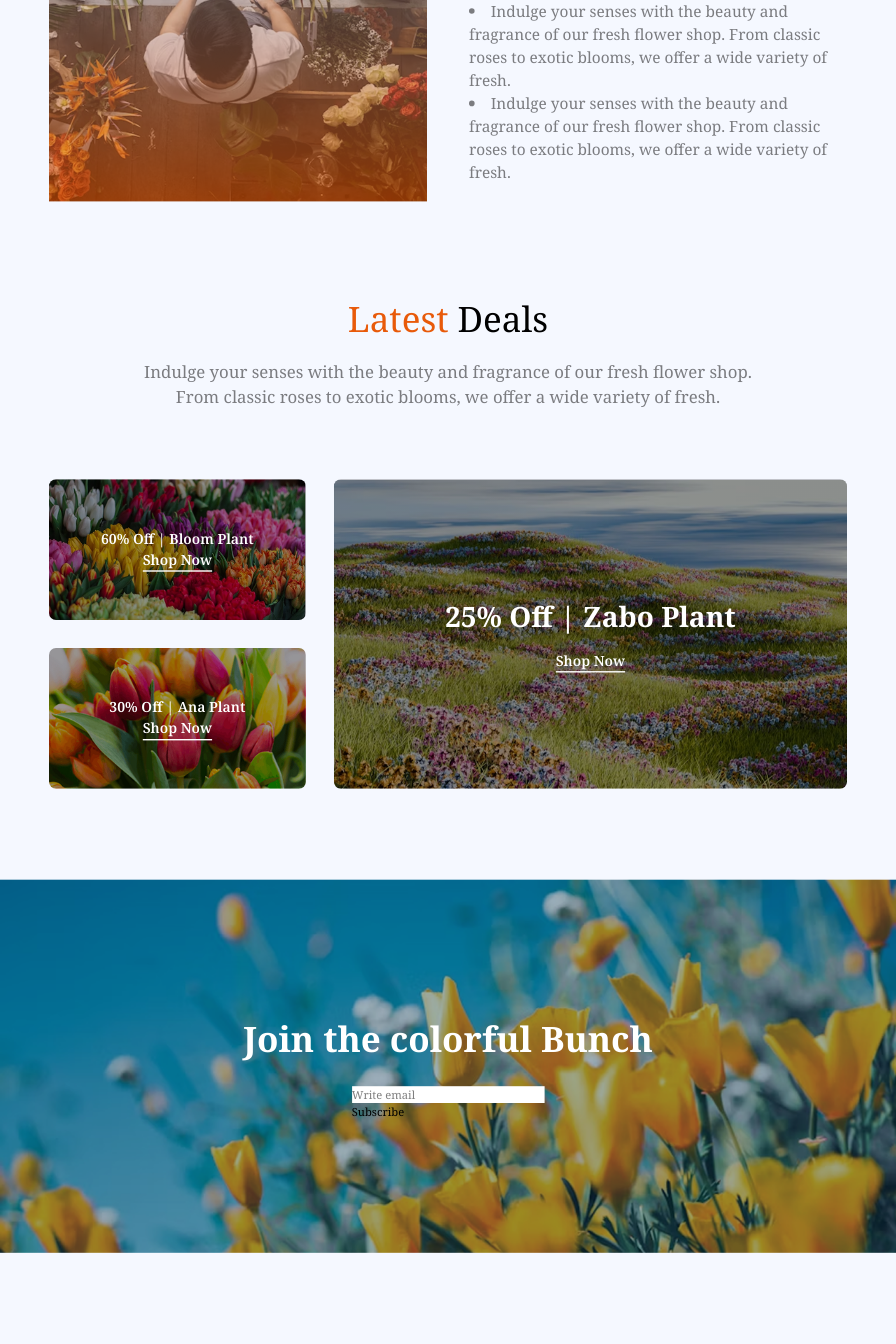
Repository: nahid-hasann/website-7
Page: index.html
The author's editor kept a copy of each file at every save. The page is drawn from the files as they stood at one save, then again after the next save.
The browser window is 1280 px wide. The pictures show the part of the page from y = 2514 to 4434 px (the page is 4434 px tall), at 70% of full size.
Some web libraries are served in a nearby version.

Above is the page before, as saved 2025-07-24 21:20:50.

After the next save:
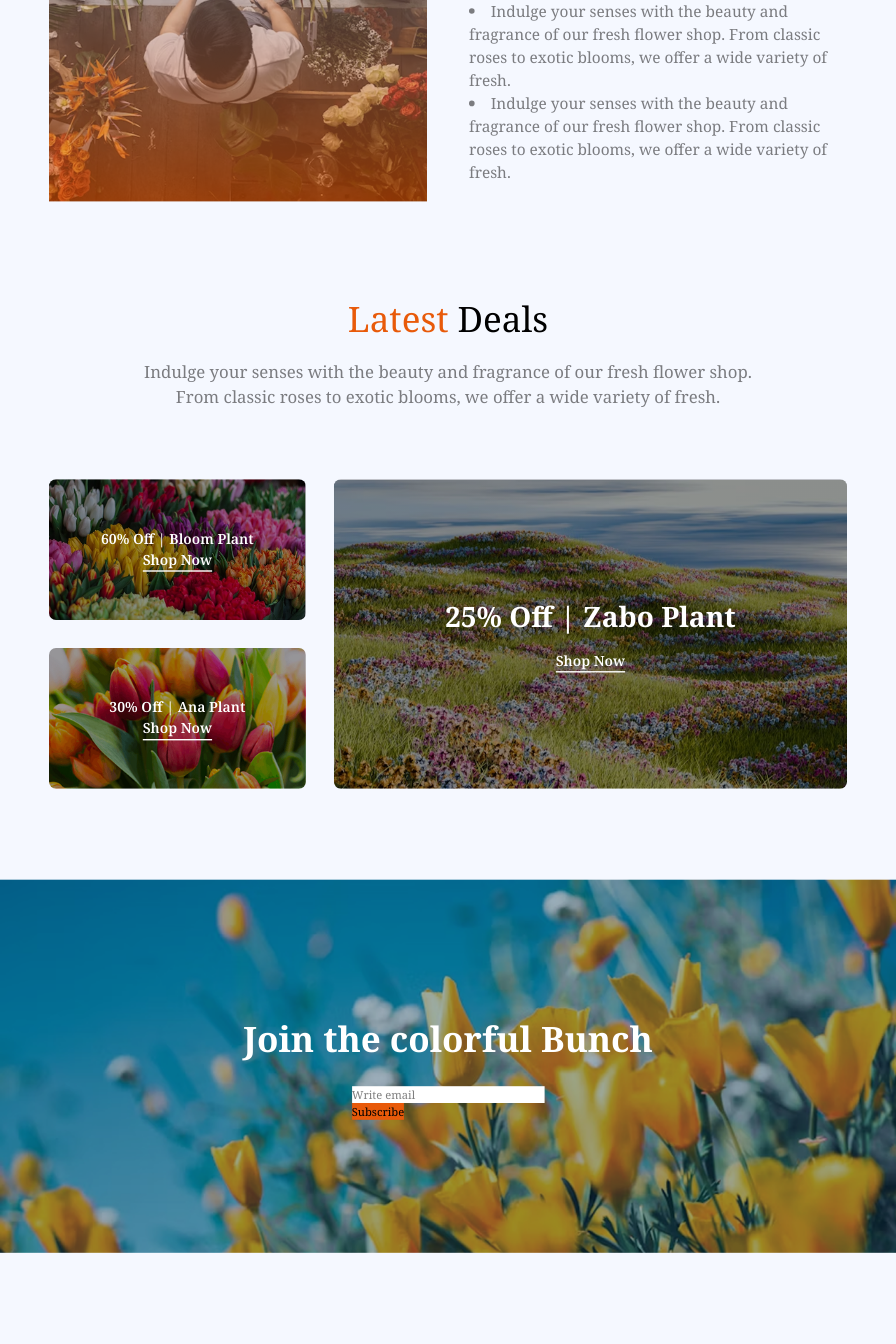
Saved 12 s later.
--- a/style.css
+++ b/style.css
@@ -311,7 +311,7 @@ nav{
 }
 
 .btn-2{
-    background-color: ;
+    background-color: #e85a0a;
 }
 
 /* subscribe-section end  */
